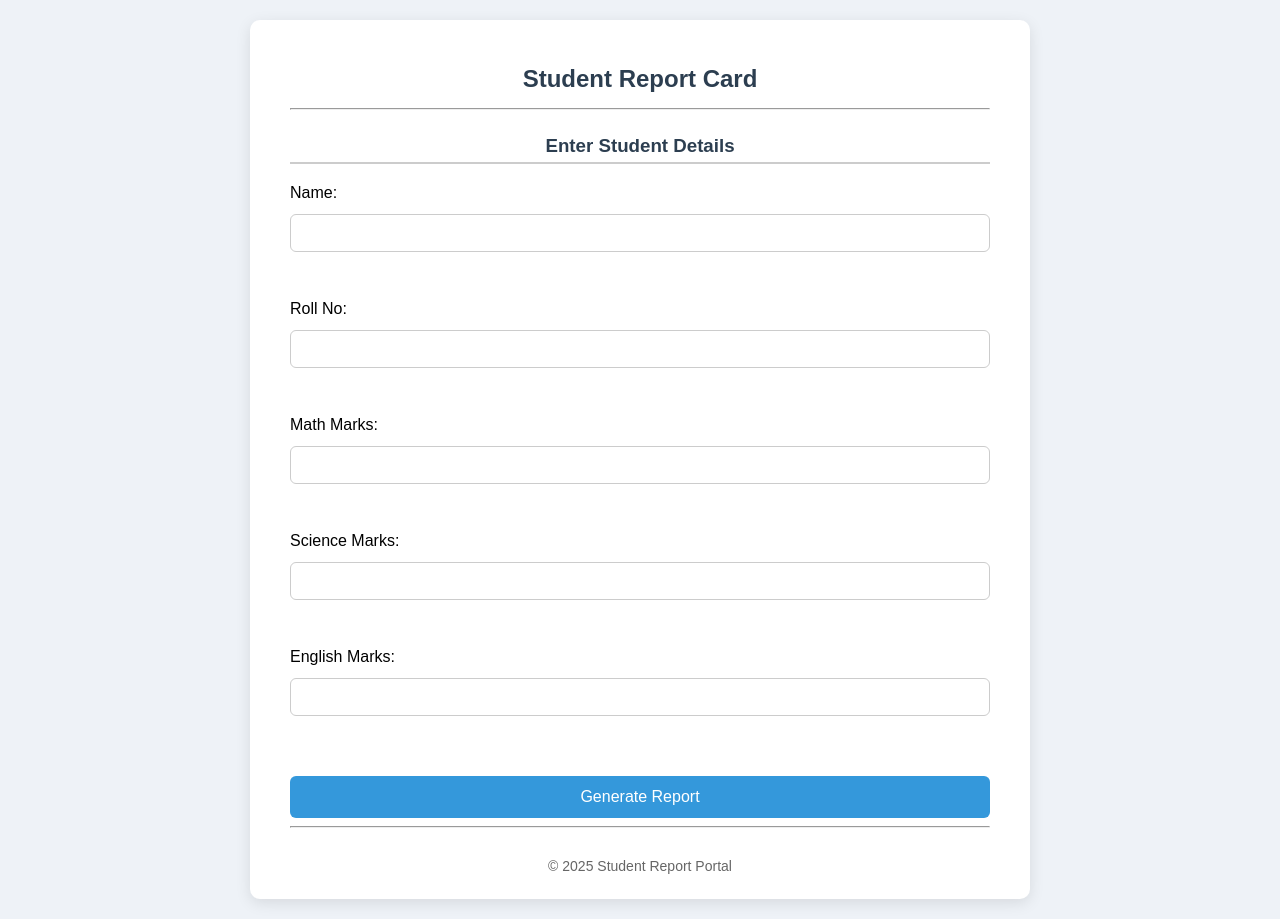
Repository: ashwinii19/Core-Java-Learning
Page: http://localhost/24-JSP/
An editor plug-in stored every save of this project. The page is shown before and after the next save, followed by the edit.
The browser window is 1280 px wide. The pictures show the whole page.
The page is served by Tomcat 9. Other server files are loaded and not shown.

Above is the page before, as saved 2025-08-20 03:34:08.

### 24-JSP/src/main/webapp/index.jsp
<%@ page language="java" contentType="text/html; charset=ISO-8859-1"
    pageEncoding="ISO-8859-1"%>
<!DOCTYPE html>
<html>
<head>
<meta charset="ISO-8859-1">
<title>Home</title>
</head>
<body>
    <jsp:include page="header.jsp"/>

    <h3>Enter Student Details</h3>
    <form action="profile.jsp">
        Name: <input type="text" name="name" required/><br><br>
        Roll No: <input type="text" name="rollNo" required/><br><br>
        Math Marks: <input type="number" name="math" required/><br><br>
        Science Marks: <input type="number" name="science" required/><br><br>
        English Marks: <input type="number" name="english" required/><br><br>
        <input type="submit" value="Generate Report"/>
    </form>

    <jsp:include page="footer.jsp"/>
</body>
</html>

### 24-JSP/src/main/webapp/header.jsp
<%@ page language="java" contentType="text/html; charset=ISO-8859-1"
	pageEncoding="ISO-8859-1"%>
<!DOCTYPE html>
<html>
<head>
<meta charset="ISO-8859-1">
<link rel="stylesheet" type="text/css" href="css/style.css">
<title>Header</title>
</head>
<body>
	<div class="container">
		<h2>Student Report Card</h2>
		<hr />
</body>
</html>

### 24-JSP/src/main/webapp/footer.jsp
<%@ page language="java" contentType="text/html; charset=ISO-8859-1"
	pageEncoding="ISO-8859-1"%>
<!DOCTYPE html>
<html>
<head>
<meta charset="ISO-8859-1">
<title>Footer</title>
</head>
<body>
	<hr />
	<footer>&copy; 2025 Student Report Portal</footer>
	</div>
</body>
</html>

### 24-JSP/src/main/webapp/css/style.css
/* General Page Styling */
body {
    font-family: Arial, sans-serif;
    background-color: #eef2f7;
    margin: 0;
    padding: 20px;
}

/* Centered Card Container */
.container {
    max-width: 700px;
    margin: auto;
    background: #ffffff;
    padding: 25px 40px;
    border-radius: 10px;
    box-shadow: 0 4px 15px rgba(0,0,0,0.1);
}

/* Headings */
h1, h2, h3 {
    text-align: center;
    color: #2c3e50;
    margin-bottom: 15px;
}

h3 {
    margin-top: 25px;
    border-bottom: 2px solid #ccc;
    padding-bottom: 5px;
}

/* Form */
form {
    display: flex;
    flex-direction: column;
    gap: 12px;
    margin-top: 20px;
}

input[type="text"],
input[type="number"] {
    padding: 10px;
    border: 1px solid #ccc;
    border-radius: 6px;
    font-size: 14px;
}

input[type="submit"] {
    background: #3498db;
    color: white;
    border: none;
    padding: 12px;
    border-radius: 6px;
    font-size: 16px;
    cursor: pointer;
}

input[type="submit"]:hover {
    background: #2980b9;
}

/* Pass/Fail colors */
.status-pass {
    color: green;
    font-weight: bold;
}
.status-fail {
    color: red;
    font-weight: bold;
}

/* Footer */
footer {
    text-align: center;
    color: #666;
    font-size: 14px;
    margin-top: 30px;
}

After the next save:
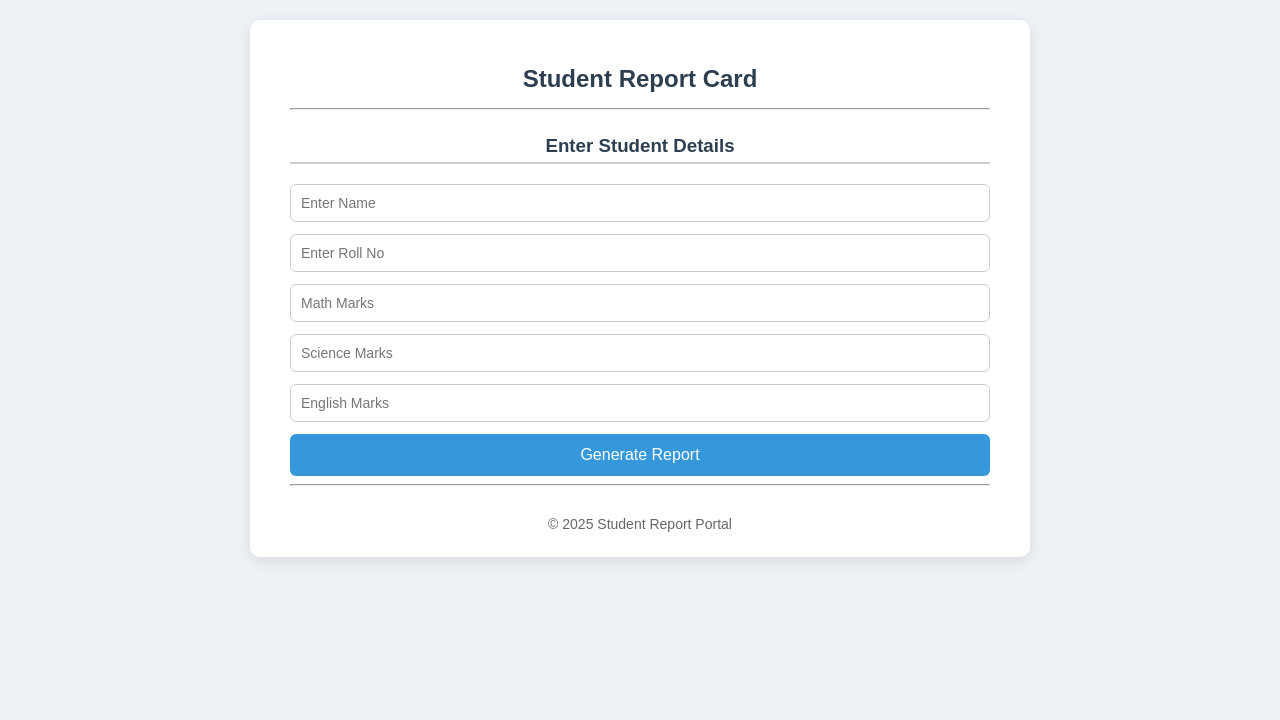
Saved 37 s later.
--- a/24-JSP/src/main/webapp/index.jsp
+++ b/24-JSP/src/main/webapp/index.jsp
@@ -11,11 +11,11 @@
 
     <h3>Enter Student Details</h3>
     <form action="profile.jsp">
-        Name: <input type="text" name="name" required/><br><br>
-        Roll No: <input type="text" name="rollNo" required/><br><br>
-        Math Marks: <input type="number" name="math" required/><br><br>
-        Science Marks: <input type="number" name="science" required/><br><br>
-        English Marks: <input type="number" name="english" required/><br><br>
+        <input type="text" name="name" placeholder="Enter Name" required/>
+        <input type="text" name="rollNo" placeholder="Enter Roll No" required/>
+        <input type="number" name="math" placeholder="Math Marks" required/>
+        <input type="number" name="science" placeholder="Science Marks" required/>
+        <input type="number" name="english" placeholder="English Marks" required/>
         <input type="submit" value="Generate Report"/>
     </form>
 
